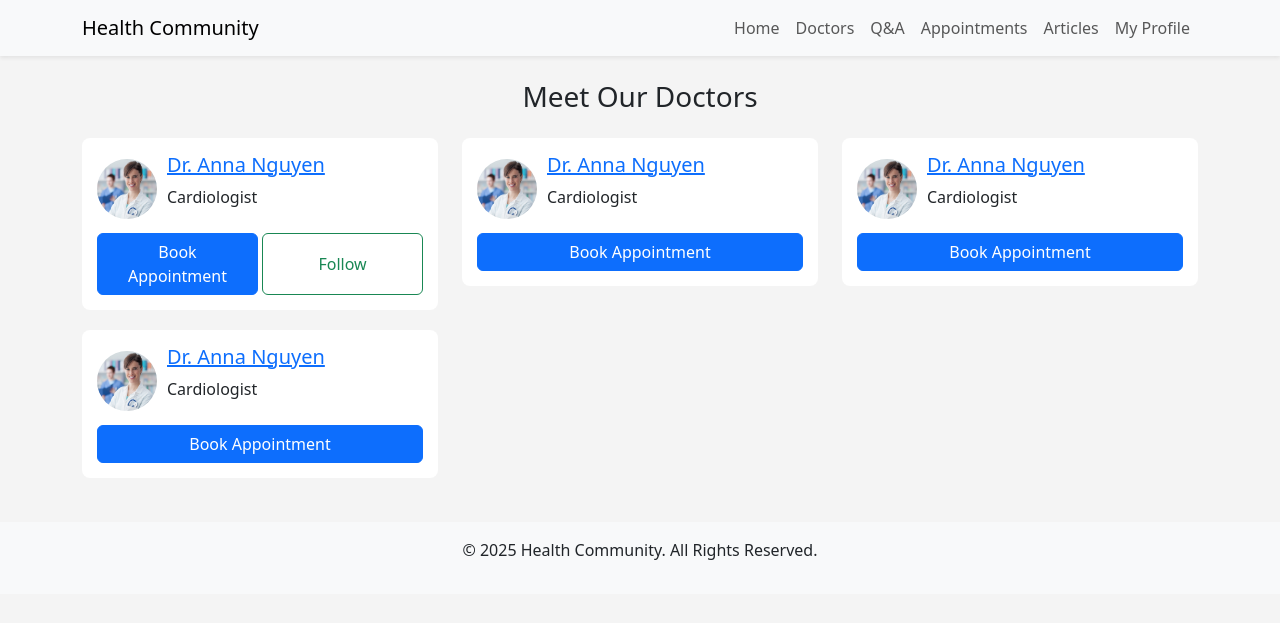
Repository: JonesKhaii/CodySocial
Page: tests/web-test/doctors.html
An editor plug-in stored every save of this project. The page is shown before and after the next save, followed by the edit.
The browser window is 1280 px wide. The pictures show the whole page.

Above is the page before, as saved 2025-02-10 03:02:24.

### tests/web-test/doctors.html
<!DOCTYPE html>
<html lang="en">
    <head>
        <meta charset="UTF-8" />
        <meta name="viewport" content="width=device-width, initial-scale=1.0" />
        <title>Doctors | Health Community</title>
        <link
            rel="stylesheet"
            href="https://cdn.jsdelivr.net/npm/bootstrap@5.3.0/dist/css/bootstrap.min.css"
        />
        <link
            rel="stylesheet"
            href="https://cdnjs.cloudflare.com/ajax/libs/font-awesome/6.0.0/css/all.min.css"
        />
        <style>
            body {
                background-color: #f4f4f4;
            }
            .doctor-card {
                background: white;
                padding: 15px;
                border-radius: 8px;
                margin-bottom: 20px;
            }
            .profile-photo {
                width: 60px;
                height: 60px;
                border-radius: 50%;
                margin-right: 10px;
            }
        </style>
    </head>
    <body>
        <nav class="navbar navbar-expand-lg navbar-light bg-light shadow-sm">
            <div class="container">
                <a class="navbar-brand" href="#">Health Community</a>
                <button
                    class="navbar-toggler"
                    type="button"
                    data-bs-toggle="collapse"
                    data-bs-target="#navbarNav"
                >
                    <span class="navbar-toggler-icon"></span>
                </button>
                <div class="collapse navbar-collapse" id="navbarNav">
                    <ul class="navbar-nav ms-auto">
                        <li class="nav-item">
                            <a class="nav-link" href="index2.html">Home</a>
                        </li>
                        <li class="nav-item">
                            <a class="nav-link" href="doctors.html">Doctors</a>
                        </li>
                        <li class="nav-item">
                            <a class="nav-link" href="#">Q&A</a>
                        </li>
                        <li class="nav-item">
                            <a class="nav-link" href="#">Appointments</a>
                        </li>
                        <li class="nav-item">
                            <a class="nav-link" href="#">Articles</a>
                        </li>
                        <li class="nav-item">
                            <a class="nav-link" href="#">My Profile</a>
                        </li>
                    </ul>
                </div>
            </div>
        </nav>

        <div class="container mt-4">
            <h3 class="text-center mb-4">Meet Our Doctors</h3>
            <div class="row">
                <div class="col-md-4">
                    <div class="doctor-card">
                        <div class="d-flex align-items-center">
                            <img
                                src="asset/images/users/doctor1.jpeg"
                                class="profile-photo"
                            />
                            <div>
                                <h5>
                                    <a href="doctor-profile.html"
                                        >Dr. Anna Nguyen</a
                                    >
                                </h5>
                                <p>Cardiologist</p>
                            </div>
                        </div>
                        <div class="d-flex justify-content-between mt-2">
                            <button class="btn btn-primary w-50 me-1">
                                Book Appointment
                            </button>
                            <button
                                class="btn btn-outline-success w-50 follow-btn"
                                data-doctor="Dr. Anna Nguyen"
                            >
                                Follow
                            </button>
                        </div>
                    </div>
                </div>
                <div class="col-md-4">
                    <div class="doctor-card">
                        <div class="d-flex align-items-center">
                            <img
                                src="asset/images/users/doctor1.jpeg"
                                class="profile-photo"
                            />
                            <div>
                                <h5>
                                    <a href="doctor-profile.html"
                                        >Dr. Anna Nguyen</a
                                    >
                                </h5>
                                <p>Cardiologist</p>
                            </div>
                        </div>
                        <button class="btn btn-primary w-100 mt-2">
                            Book Appointment
                        </button>
                    </div>
                </div>
                <div class="col-md-4">
                    <div class="doctor-card">
                        <div class="d-flex align-items-center">
                            <img
                                src="asset/images/users/doctor1.jpeg"
                                class="profile-photo"
                            />
                            <div>
                                <h5>
                                    <a href="doctor-profile.html"
                                        >Dr. Anna Nguyen</a
                                    >
                                </h5>
                                <p>Cardiologist</p>
                            </div>
                        </div>
                        <button class="btn btn-primary w-100 mt-2">
                            Book Appointment
                        </button>
                    </div>
                </div>
                <div class="col-md-4">
                    <div class="doctor-card">
                        <div class="d-flex align-items-center">
                            <img
                                src="asset/images/users/doctor1.jpeg"
                                class="profile-photo"
                            />
                            <div>
                                <h5>
                                    <a href="doctor-profile.html"
                                        >Dr. Anna Nguyen</a
                                    >
                                </h5>
                                <p>Cardiologist</p>
                            </div>
                        </div>
                        <button class="btn btn-primary w-100 mt-2">
                            Book Appointment
                        </button>
                    </div>
                </div>
            </div>
        </div>

        <footer class="bg-light text-center p-3 mt-4">
            <p>&copy; 2025 Health Community. All Rights Reserved.</p>
        </footer>
    </body>
</html>

After the next save:
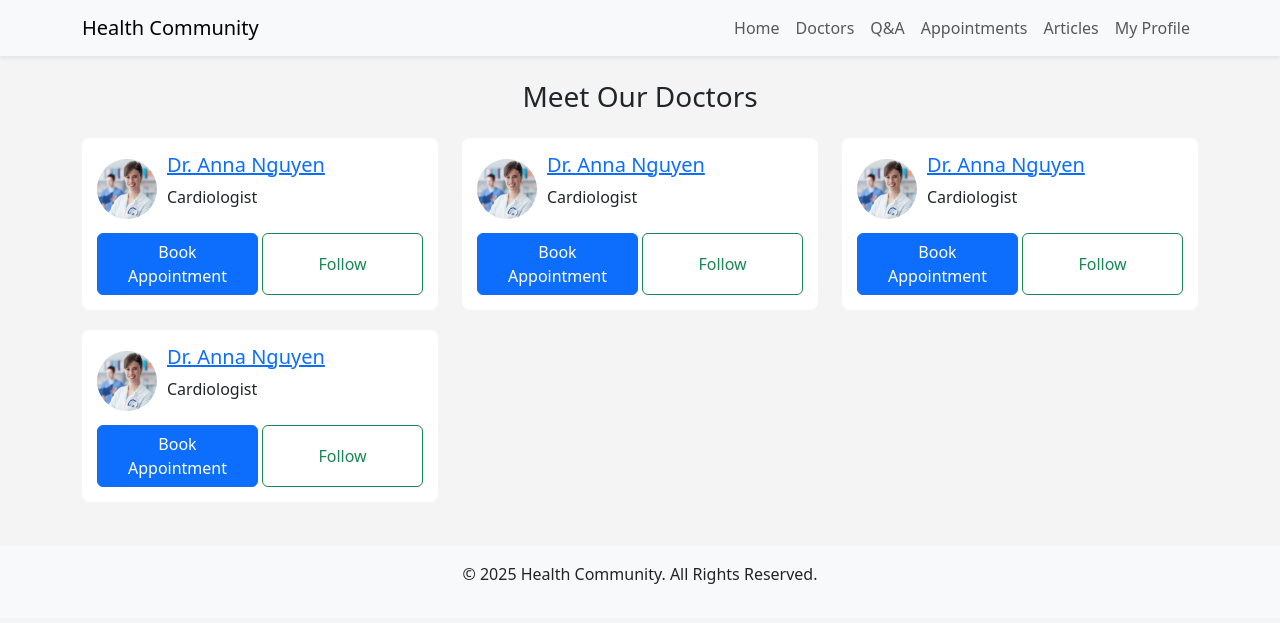
Saved 74 s later.
--- a/tests/web-test/doctors.html
+++ b/tests/web-test/doctors.html
@@ -115,9 +115,17 @@
                                 <p>Cardiologist</p>
                             </div>
                         </div>
-                        <button class="btn btn-primary w-100 mt-2">
-                            Book Appointment
-                        </button>
+                        <div class="d-flex justify-content-between mt-2">
+                            <button class="btn btn-primary w-50 me-1">
+                                Book Appointment
+                            </button>
+                            <button
+                                class="btn btn-outline-success w-50 follow-btn"
+                                data-doctor="Dr. Anna Nguyen"
+                            >
+                                Follow
+                            </button>
+                        </div>
                     </div>
                 </div>
                 <div class="col-md-4">
@@ -136,9 +144,17 @@
                                 <p>Cardiologist</p>
                             </div>
                         </div>
-                        <button class="btn btn-primary w-100 mt-2">
-                            Book Appointment
-                        </button>
+                        <div class="d-flex justify-content-between mt-2">
+                            <button class="btn btn-primary w-50 me-1">
+                                Book Appointment
+                            </button>
+                            <button
+                                class="btn btn-outline-success w-50 follow-btn"
+                                data-doctor="Dr. Anna Nguyen"
+                            >
+                                Follow
+                            </button>
+                        </div>
                     </div>
                 </div>
                 <div class="col-md-4">
@@ -157,9 +173,17 @@
                                 <p>Cardiologist</p>
                             </div>
                         </div>
-                        <button class="btn btn-primary w-100 mt-2">
-                            Book Appointment
-                        </button>
+                        <div class="d-flex justify-content-between mt-2">
+                            <button class="btn btn-primary w-50 me-1">
+                                Book Appointment
+                            </button>
+                            <button
+                                class="btn btn-outline-success w-50 follow-btn"
+                                data-doctor="Dr. Anna Nguyen"
+                            >
+                                Follow
+                            </button>
+                        </div>
                     </div>
                 </div>
             </div>
